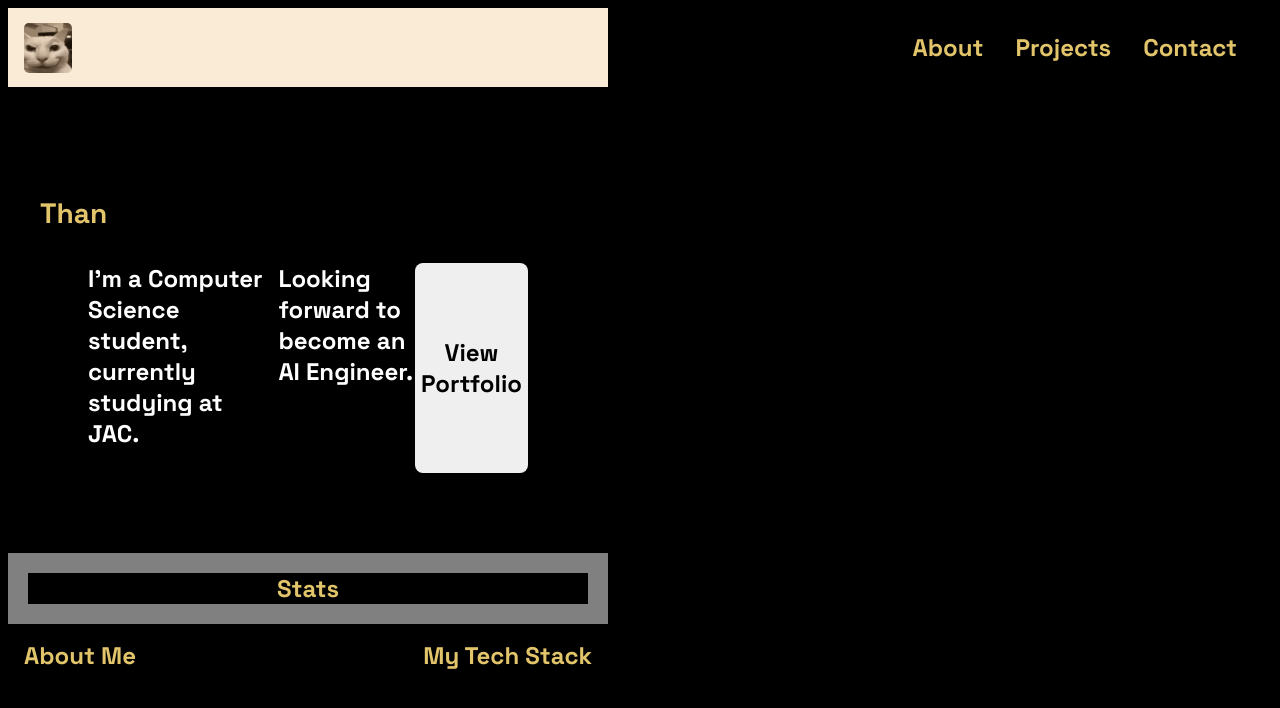
Repository: Than-dot/Than-dot
Page: index.html
An editor plug-in stored every save of this project. The page is shown before and after the next save, followed by the edit.
The browser window is 1280 px wide. The pictures show the whole page.

Above is the page before, as saved 2026-05-06 12:26:44.

### index.html
<!doctype html>
<html lang="en">
  <head>
    <meta charset="UTF-8" />
    <meta name="viewport" content="width=device-width, initial-scale=1.0" />
    <title>Than</title>
    <link rel="stylesheet" href="styles/global.css" />
    <link rel="stylesheet" href="styles/index.css" />
  </head>

  <body>
    <header>
      <nav>
        <img src="./assets/images/uncanny-cat-freaky.png" alt="cat" />
        <ul class="nav-center">
          <li>About</li>
          <li>Projects</li>
          <li>Contact</li>
        </ul>
      </nav>
    </header>
    <main>
      <section class="container1">
        <article class="f-art"><h1>Than</h1></article>
        <aside class="f-asi">
          <p>I'm a Computer Science student, currently studying at JAC.</p>
          <p>Looking forward to become an AI Engineer.</p>
          <button>View Portfolio</button>
        </aside>
        <article class="stats">Stats</article>
      </section>
    </main>
    <section class="container2">
      <aside class="s-asi">About Me</aside>
      <article class="s-art">My Tech Stack</article>
    </section>
  </body>
</html>

### styles/global.css
@font-face {
  font-family: Space-Grotesk;
  src: url(/assets/font/Space_Grotesk/SpaceGrotesk-VariableFont_wght.ttf);
}

body {
  font-family: Space-Grotesk, sans-serif;
  font-weight: bold;
  font-size: 1.5rem;
}

button {
  font-family: Space-Grotesk, sans-serif;
  font-weight: bold;
  font-size: 1.5rem;
}

h1 {

}

### styles/index.css
body {
  width: 100%;
  max-width: 600px;
  background-color: black;
  color: #e2c46a;
}
.container1 {
  display: flex;
  flex-direction: column;
}

header {
  background-color: antiquewhite;
}

.f-art {
  margin: 2rem;
  margin-top: 5rem;
}

.f-asi {
  display: grid;
  margin-top: 0;
  justify-content: space-between;
}

p {
  margin: 0;
  margin-bottom: 1.5rem;
  color: white;
}

.stats {
  border: 20px solid grey;
  text-align: center;
}

.s-art {
}

.s-asi {
}

.container2 {
  display: flex;
  flex-direction: row;
  justify-content: space-between;
  margin: 1rem;
}

button {
  border-radius: 8px;
  border: none;
}

button:hover {
  box-shadow: 0 6px 12px rgba(0, 0, 0, 0.15);
}

img {
  height: 50px;
  width: auto;
  margin-left: 1rem;
  border-radius: 10%;
}

.nav-center {
  display: flex;
  gap: 32px;
  list-style: none;
  margin-left: 10rem;
}

nav {
  align-items: center;
  display: flex;
}

h1 {
  margin-bottom: 0;
}

@media screen and (min-width: 700px) {
  body {
    width: 100%;
  }
  .nav-center {
    display: flex;
    gap: 32px;
    list-style: none;
    margin-left: 50rem;
  }
  .f-asi {
    display: grid;
    margin-top: 0;
    justify-content: space-between;
  }
  .f-asi {
    display: flex;
    margin: 5rem;
    margin-top: 0;
    justify-content: space-between;
  }
}

After the next save:
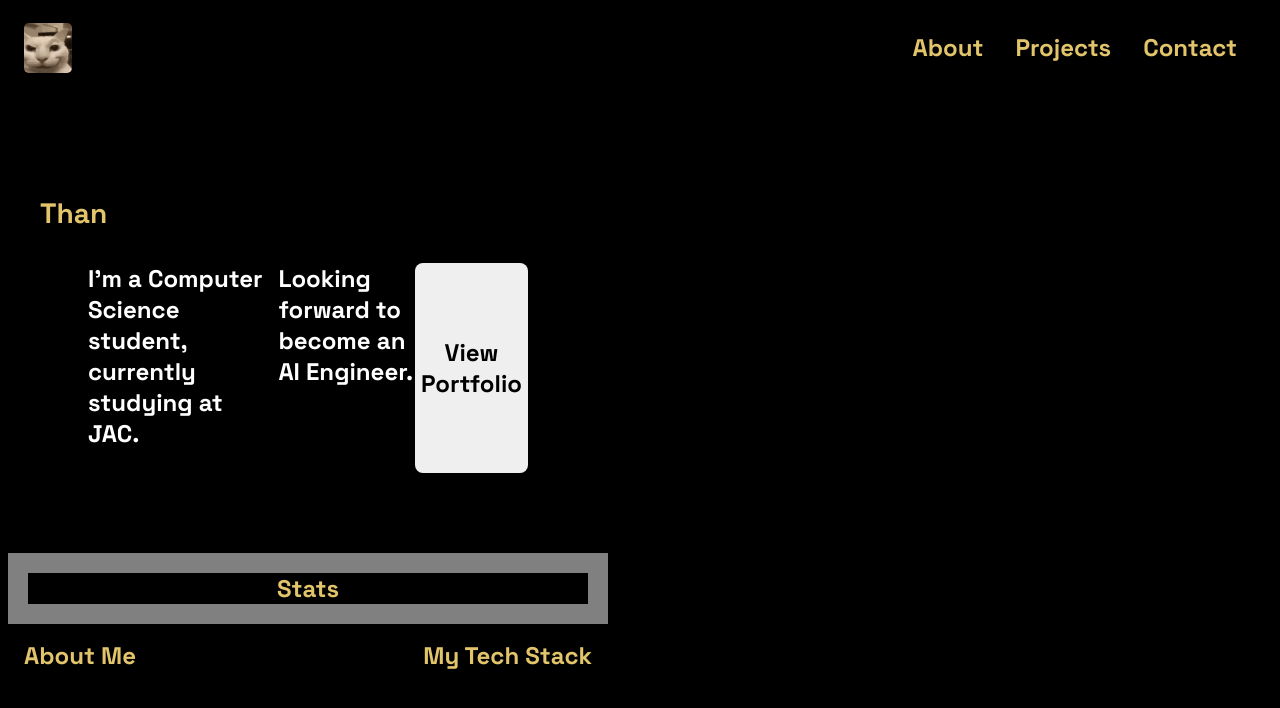
Saved 13 s later.
--- a/styles/index.css
+++ b/styles/index.css
@@ -10,7 +10,6 @@ body {
 }
 
 header {
-  background-color: antiquewhite;
 }
 
 .f-art {
